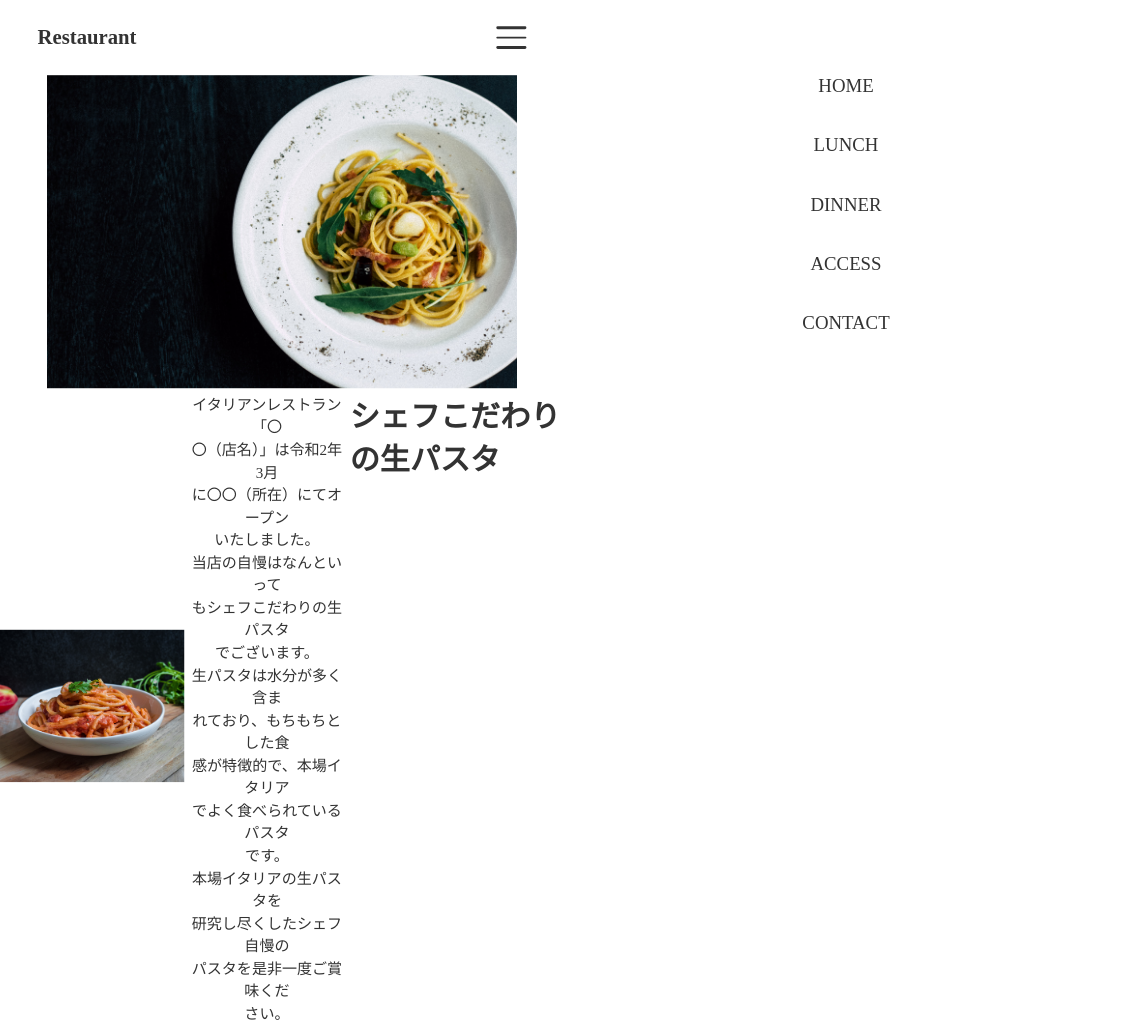
Repository: konatsu-0806/demo-site
Page: FromFigma/index.html
These files come from the project's save history. The page is drawn as it stood at one moment and after a run of saves; the edit follows.
The browser window is 600 px wide. The page is 1200 px wide, so the pictures cover 1200 px, including what lies to the right of the window. The pictures show the whole page, at 94% of full size.

Above is the page before, as saved 2023-02-08 17:05:52.

### FromFigma/index.html
<!DOCTYPE html>
<html lang="ja">

<head>
  <meta charset="UTF-8">
  <meta name="viewport" content="width=device-width, initial-scale=1.0">
  <meta http-equiv="X-UA-Compatible" content="ie=edge">
  <link rel="stylesheet" href="css/style.css">
  <title>demosite</title>
</head>

<body>
  <header class="header_bg">
    <div class="header_contents">
      <h1>Restaurant</h1>
      <div class="responsive_btn">
        <div class="menu_line"></div>
        <div class="menu_line"></div>
        <div class="menu_line"></div>
      </div>
      <nav class="header_nav">
        <ul class="header_nav_lists">
          <li><a class="nav_link" href="">HOME</a></li>
          <li><a class="nav_link" href="">LUNCH</a></li>
          <li><a class="nav_link" href="">DINNER</a></li>
          <li><a class="nav_link" href="">ACCESS</a></li>
          <li><a class="nav_link" href="">CONTACT</a></li>
        </ul>
      </nav>
    </div>
  </header>
  <script src="js/master.js"></script>

  <div class="main_visual">
   <img src="img/mgg-vitchakorn-98Xi5vMGKck-unsplash.jpg" alt="">
  </div>

  <div class="intro_bg">
    <div class="intro_contents">
        <div class="intro_img">
            <img src="img/pratik-gupta-gyt0s3wR1YM-unsplash.jpg" alt="">
        </div>
        <div class="intro_sentence">
            <p class="text-center">
              イタリアンレストラン「〇<br />
              〇（店名）」は令和2年3月<br />
              に〇〇（所在）にてオープン<br />
              いたしました。
            </p>
            <p class="text-center">
              当店の自慢はなんといって<br />
              もシェフこだわりの生パスタ<br />
              でございます。<br />
            </p>
            <p class="text-center">
              生パスタは水分が多く含ま<br />
              れており、もちもちとした食<br />
              感が特徴的で、本場イタリア<br />
              でよく食べられているパスタ<br />
              です。
            </p>
            <p class="text-center">
              本場イタリアの生パスタを<br />
              研究し尽くしたシェフ自慢の<br />
              パスタを是非一度ご賞味くだ<br />
              さい。
            </p>
        </div>
        <h1>シェフこだわりの生パスタ</h1>
    </div>
</div>
</body>

</html>

### FromFigma/css/style.css
/* Reset style */
* {
    margin: 0;
    padding: 0;
    box-sizing: border-box;
    list-style: none;
    text-decoration: none;
    color: #333;
}

/* Normal header style */
.header_bg {
    width: 100%;
    height: 80px;
}

.header_contents {
    width: 100%;
    max-width: 1024px;
    height: 100%;
    margin: 0 auto;
    display: flex;
    justify-content: space-between;
    align-items: center;
}

.header_contents h1 {
    font-size: 22px;
    margin: 0 0 0 40px;
}

.header_nav_lists {
    display: flex;
}

.header_nav_lists li {
    margin: 0 40px 0 0;
}

.nav_link {
    font-size: 18px;
}

/* Responsive menu button */
.responsive_btn {
    display: none;
    flex-direction: column;
    align-items: center;
    justify-content: center;
    width: 32px;
    height: 32px;
    margin: 0 40px 0 0;
    cursor: pointer;
    position: relative;
    z-index: 10;
}

.menu_line {
    background-color: #333;
    border-radius: 5px;
    width: 100%;
    height: 5px;
    margin: 4px 0;
}

/* Reaponsive style */
@media screen and (max-width: 768px) {
    .responsive_btn {
        display: flex;
    }

    .header_bg {
        position: relative;
    }

    .header_nav {
        background-color: white;
        width: 100%;
        height: 100vh;
        padding: 80px 0 0 0;
        position: absolute;
        top: 0;
        right: -100%;
        transition: .5s;
    }

    .header_nav_lists {
        display: block;
        text-align: center;
    }

    .header_nav_lists li {
        margin: 0 0 40px;
        text-align: center;
    }

    .nav_link {
        font-size: 20px;
    }
}

/* js function "menuToggle" starting only */
.menu_active {
    right: 0;
  }

/* 1st pic */
img {
    width: 100%;
}

.main_visual {
    margin: 0 50px;
}

/* contents */
.intro_bg {
    width: 100%;
    max-width: 1200px;
    margin: auto;
}
.contents img {
    width: 100%;
}
.text-center {
    text-align: center;
}
.intro_contents {
    display: flex;
}
.intro_img {
    width: 55%;
    margin: auto;
}
.intro_sentence {
    width: 45%;
    margin: auto .5rem;
}
@media screen and (max-width: 767px) {
    .flexbox {
        display: block;
    }
    .flexbox .box1 {
        width: 100%;
        margin: 0 auto;
    }
    .flexbox .box2 {
        width: 100%;
        margin: 0 auto;
    }
}

### FromFigma/js/master.js
const responsive_menu_btn = document.querySelector('.responsive_btn');
responsive_menu_btn.addEventListener('click', menuToggle);

function menuToggle() {
  const header_menu_detail = document.querySelector('.header_nav');
  header_menu_detail.classList.toggle('menu_active');
}

After the next 4 saves:
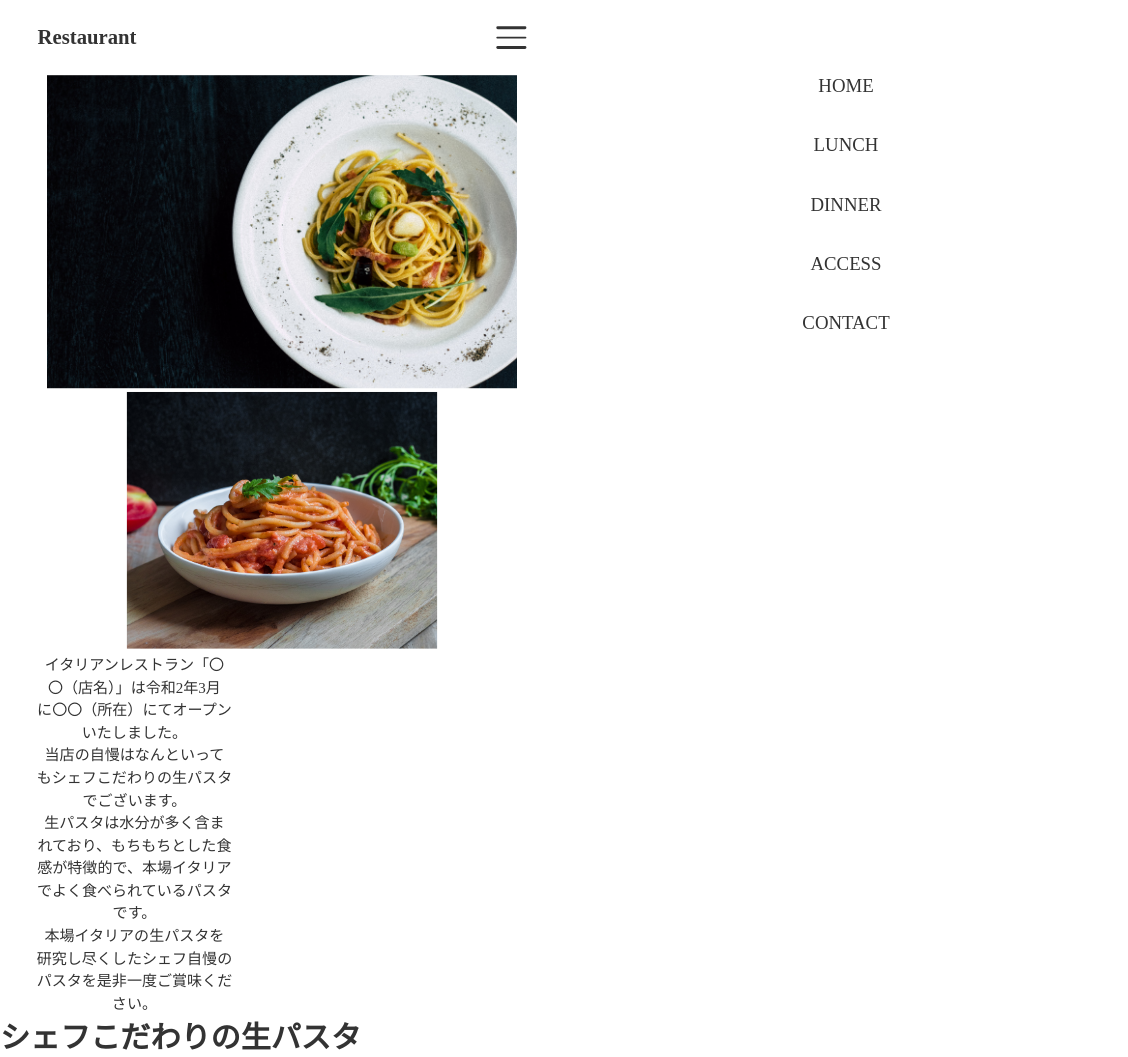
The 4 saves are shown as one change because they came seconds apart.
The last was saved 14 s later.
--- a/FromFigma/css/style.css
+++ b/FromFigma/css/style.css
@@ -137,7 +137,7 @@ img {
     margin: auto .5rem;
 }
 @media screen and (max-width: 767px) {
-    .flexbox {
+    .intro_contents {
         display: block;
     }
     .flexbox .box1 {
